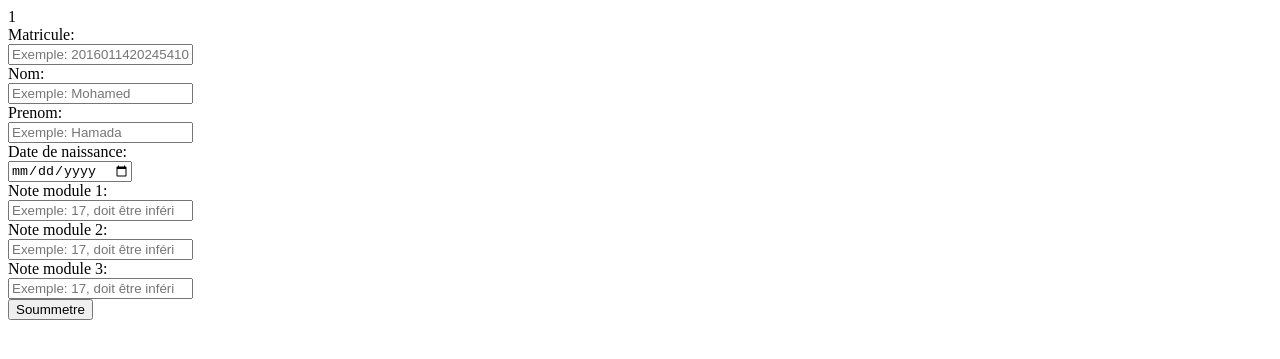
Repository: tt5300447/parakeet
Page: http://localhost/index2.php
These files come from the project's save history. The page is drawn as it stood at one moment and after the next save; the edit follows.
The browser window is 1280 px wide. The pictures show the whole page.
The page is run by PHP 8.4 with error messages shown; the project is at /var/www/html/.

Above is the page before, as saved 2022-06-22 11:36:15.

### Copier/htdocs/Ajouter/index2.php
<!DOCTYPE html>
<html lang="en">
<head>
    <meta charset="UTF-8">
    <meta http-equiv="X-UA-Compatible" content="IE=edge">
    <meta name="viewport" content="width=device-width, initial-scale=1.0">
    <title>Document</title>
</head>
<body>
    <?php
function verifyName($nom)
{
    $valid = true;
    if (strlen($nom) > 80 || strlen($nom) < 5) {
        $valid = false;
    }
    $nom = str_split($nom);
    foreach ($nom as $char) {
        if (is_numeric($char) == true) {
            $valid = false;
        }
    }
    return $valid;
}
function verifyMatricule($Matricule)
{
    if (strlen($Matricule) != 26) {
        return false;
    }
    $Matricule = str_split($Matricule);
    foreach ($Matricule as $char) {
        if (is_numeric($char) == false) {
            return false;
        }
    }
    return true;
}
function verifyDate($Date)
{
    $Date = date('m-d-Y', strtotime($Date));
    $date_max = date('m-d-Y');
    $date_min = date('m-d-Y', strtotime('01-01-1990'));
    if ($Date > $date_max || $Date < $date_min) {
        return false;
    }
    return true;
}

function verifyNoteModule($Module_1, $Module_2, $Module_3)
{
    $Module_1 = intval($Module_1);
    $Module_2 = intval($Module_2);
    $Module_3 = intval($Module_3);
    if ($Module_1 > 20 || $Module_1 < 0) {
        return false;
    }
    if ($Module_2 > 20 || $Module_2 < 0) {
        return false;
    }
    if ($Module_3 > 20 || $Module_3 < 0) {
        return false;
    }
    return true;
}

$post = "15";
$post1 = "15";
$post2 = "15";
echo verifyNoteModule($post, $post1, $post2);
if ($_SERVER['REQUEST_METHOD'] === 'POST') {
    $Matricule = $_POST['matricule'];
    $Nom = $_POST['nom'];
    $Prenom = $_POST['prenom'];
    $Module_1 = $_POST['module_1'];
    $Module_2 = $_POST['module_2'];
    $Module_3 = $_POST['module_3'];
    $dn = $_POST['date_naissance'];
    echo $dn . "\n" . verifydate($dn) . "\n";
}
?>
<form class="form-horizontal" method="post" role="form">
                    <div class="form-group">
                        <label class="col-lg-3 control-label">Matricule:</label>
                        <div class="col-lg-8">
                            <input class="form-control" name="matricule" type="text" placeholder="Exemple: 20160114202454104893247211, doit contenir 26 caractères" />
                        </div>
                    </div>
                    <div class="form-group">
                        <label class="col-lg-3 control-label">Nom:</label>
                        <div class="col-lg-8">
                            <input class="form-control" name="nom" type="text" placeholder="Exemple: Mohamed" />
                        </div>
                    </div>
                    <div class="form-group">
                        <label class="col-lg-3 control-label">Prenom:</label>
                        <div class="col-lg-8">
                            <input class="form-control" name="prenom" type="text" placeholder="Exemple: Hamada" />
                        </div>
                    </div>
                    <div class="form-group">
                        <label class="col-lg-3 control-label">Date de naissance:</label>
                        <div class="col-lg-8">
                            <input class="form-control" name="date_naissance" type="date" placeholder="" />
                        </div>
                    </div>
                    <div class="form-group">
                        <label class="col-lg-3 control-label">Note module 1:</label>
                        <div class="col-lg-8">
                            <input class="form-control" name="module_1" type="number" placeholder="Exemple: 17, doit être inférieur ou égal à 20" />
                        </div>
                    </div>
                    <div class="form-group">
                        <label class="col-lg-3 control-label">Note module 2:</label>
                        <div class="col-lg-8">
                            <input class="form-control" name="module_2" type="number" placeholder="Exemple: 17, doit être inférieur ou égal à 20" />
                        </div>
                    </div><div class="form-group">
                        <label class="col-lg-3 control-label">Note module 3:</label>
                        <div class="col-lg-8">
                            <input class="form-control" name="module_3" type="number" placeholder="Exemple: 17, doit être inférieur ou égal à 20" />
                        </div>
                    </div>
                    <button type="submit" class="btn btn-primary">Soummetre</button>
                </form>
</body>
</html>

After the next save:
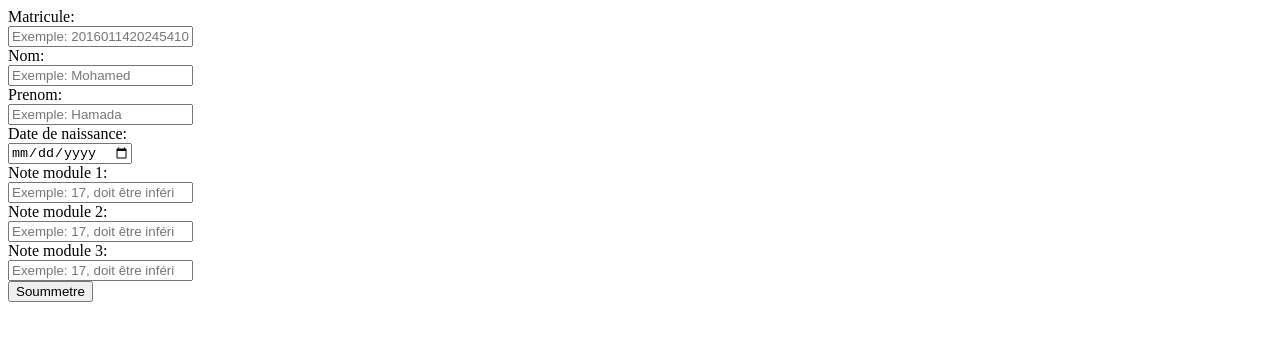
Saved 4 s later.
--- a/Copier/htdocs/Ajouter/index2.php
+++ b/Copier/htdocs/Ajouter/index2.php
@@ -66,7 +66,6 @@ function verifyNoteModule($Module_1, $Module_2, $Module_3)
 $post = "15";
 $post1 = "15";
 $post2 = "15";
-echo verifyNoteModule($post, $post1, $post2);
 if ($_SERVER['REQUEST_METHOD'] === 'POST') {
     $Matricule = $_POST['matricule'];
     $Nom = $_POST['nom'];
